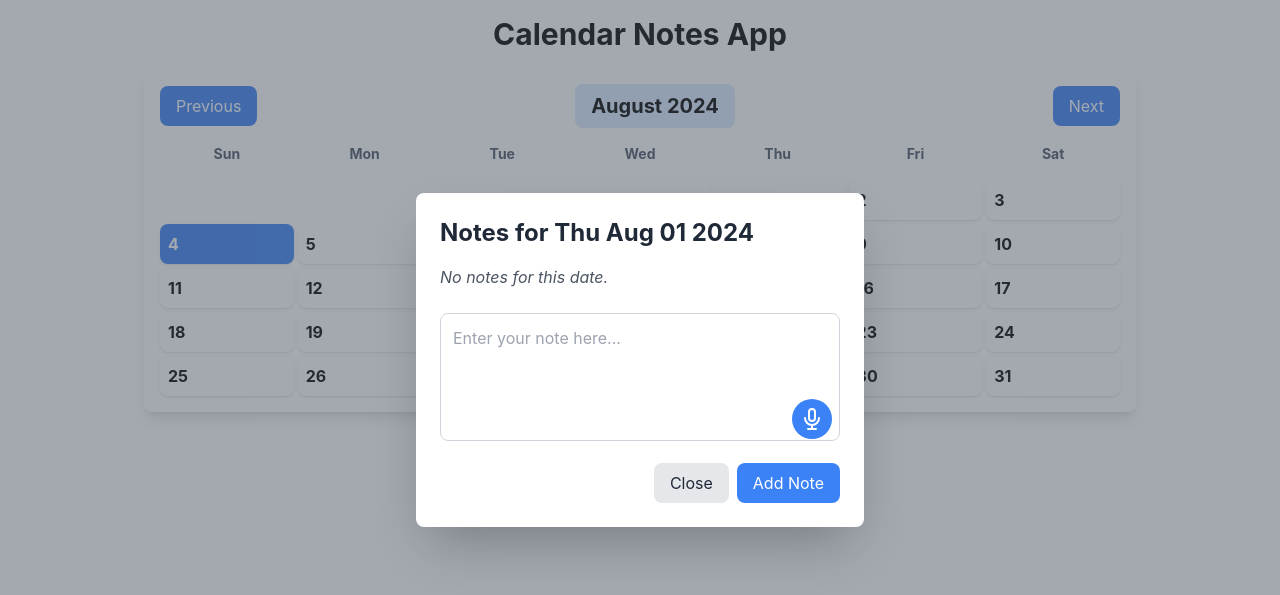
Repository: boogerjosh/Calendar-Notes-App
Page: /, after clicking the first element matching `div.cursor-pointer`
An editor plug-in stored every save of this project. The page is shown before and after the next save, followed by the edit.
The browser window is 1280 px wide. The pictures show the whole page.
The project was rebuilt for these pictures with package versions that can differ from the ones it lists, and the page was loaded fresh each time.

Above is the page before, as saved 2024-08-04 10:41:55.

### src/App.tsx
import React, { useState } from 'react';
import Calendar from './components/Calendar';
import NoteModal from './components/NoteModal';

interface Note {
  id: string;
  date: Date;
  content: string;
}

const App: React.FC = () => {
  const [selectedDate, setSelectedDate] = useState<Date | null>(null);
  const [notes, setNotes] = useState<Note[]>([]);
  const [isModalOpen, setIsModalOpen] = useState(false);

  const handleDateClick = (date: Date) => {
    setSelectedDate(date);
    setIsModalOpen(true);
  };

  const handleAddNote = (content: string) => {
    if (selectedDate) {
      const newNote: Note = {
        id: Date.now().toString(),
        date: selectedDate,
        content
      };
      setNotes([...notes, newNote]);
      setIsModalOpen(false);
    }
  };

  const getNotesForDate = (date: Date) => {
    return notes.filter(note => note.date.toDateString() === date.toDateString());
  };

  return (
    <div className="container mx-auto p-4 max-w-screen-lg">
      <h1 className="text-2xl md:text-3xl font-bold mb-4 text-center">Calendar Notes App</h1>
      <Calendar onDateClick={handleDateClick} notes={notes} />
      {isModalOpen && selectedDate && (
        <NoteModal
          date={selectedDate}
          notes={getNotesForDate(selectedDate)}
          onClose={() => setIsModalOpen(false)}
          onAddNote={handleAddNote}
        />
      )}
    </div>
  );
};

export default App;

### src/components/Calendar.tsx
import React, { useState } from 'react';
import { motion, AnimatePresence } from 'framer-motion';

interface Note {
  id: string;
  date: Date;
  content: string;
}

interface CalendarProps {
  onDateClick: (date: Date) => void;
  notes: Note[];
}

const Calendar: React.FC<CalendarProps> = ({ onDateClick, notes }) => {
  const [currentDate, setCurrentDate] = useState(new Date());
  const [isMonthSelectorVisible, setIsMonthSelectorVisible] = useState(false);
  const monthNames = ["January", "February", "March", "April", "May", "June", "July", "August", "September", "October", "November", "December"];

  const getDaysInMonth = (year: number, month: number) => {
    return new Date(year, month + 1, 0).getDate();
  };

  const getFirstDayOfMonth = (year: number, month: number) => {
    return new Date(year, month, 1).getDay();
  };

  const renderCalendarDays = () => {
    const year = currentDate.getFullYear();
    const month = currentDate.getMonth();
    const daysInMonth = getDaysInMonth(year, month);
    const firstDayOfMonth = getFirstDayOfMonth(year, month);

    const days = [];

    // Add empty cells for days before the first day of the month
    for (let i = 0; i < firstDayOfMonth; i++) {
      days.push(<div key={`empty-${i}`} className="p-1 md:p-2"></div>);
    }

    // Add cells for each day of the month
    for (let i = 1; i <= daysInMonth; i++) {
      const date = new Date(year, month, i);
      const notesForDate = notes.filter(note => note.date.toDateString() === date.toDateString());
      const noteCount = notesForDate.length;
      const isToday = date.toDateString() === new Date().toDateString();

      days.push(
        <motion.div
          key={i}
          whileHover={{ scale: 1.05 }}
          whileTap={{ scale: 0.95 }}
          className={`p-1 md:p-2 rounded-lg cursor-pointer ${isToday ? 'bg-blue-500 text-white' : noteCount > 0 ? 'bg-blue-100' : 'bg-white hover:bg-gray-100'
            } transition-colors duration-200 shadow`}
          onClick={() => onDateClick(date)}
        >
          <span className={`font-bold text-sm md:text-base ${isToday ? 'text-white' : ''}`}>{i}</span>
          {noteCount > 0 && (
            <div className="w-4 h-4 md:w-5 md:h-5 bg-blue-500 rounded-full ml-1 inline-flex items-center justify-center text-white text-xs">
              {noteCount}
            </div>
          )}
        </motion.div>
      );
    }

    return days;
  };

  const navigateMonth = (direction: 'prev' | 'next') => {
    setCurrentDate(prevDate => {
      const newDate = new Date(prevDate);
      if (direction === 'prev') {
        newDate.setMonth(prevDate.getMonth() - 1);
      } else {
        newDate.setMonth(prevDate.getMonth() + 1);
      }
      return newDate;
    });
  };

  const handleMonthClick = () => {
    setIsMonthSelectorVisible(!isMonthSelectorVisible);
  };

  const handleMonthSelect = (monthIndex: number) => {
    setCurrentDate(new Date(currentDate.getFullYear(), monthIndex, 1));
    setIsMonthSelectorVisible(false);
  };

  const renderMonthSelector = () => {
    return (
      <motion.div
        initial={{ opacity: 0, y: -10 }}
        animate={{ opacity: 1, y: 0 }}
        exit={{ opacity: 0, y: -10 }}
        className="absolute top-full left-0 right-0 bg-white border shadow-lg rounded-lg p-2 grid grid-cols-1 gap-2 z-10"
      >
        {monthNames.map((month, index) => (
          <motion.button
            key={month}
            whileHover={{ scale: 1.05 }}
            whileTap={{ scale: 0.95 }}
            onClick={() => handleMonthSelect(index)}
            className="px-2 py-1 text-sm hover:bg-blue-100 rounded transition-colors duration-200"
          >
            {month}
          </motion.button>
        ))}
      </motion.div>
    );
  };

  return (
    <div className="bg-white rounded-lg shadow-lg p-4">
      <div className="flex justify-between items-center mb-4">
        <motion.button
          whileHover={{ scale: 1.05 }}
          whileTap={{ scale: 0.95 }}
          onClick={() => navigateMonth('prev')}
          className="px-2 py-1 md:px-4 md:py-2 bg-blue-500 text-white rounded-lg text-sm md:text-base hover:bg-blue-600 transition-colors duration-200"
        >
          Previous
        </motion.button>
        <div className="relative">
          <motion.button
            whileHover={{ scale: 1.05 }}
            whileTap={{ scale: 0.95 }}
            onClick={handleMonthClick}
            className="text-lg md:text-xl font-bold px-2 py-1 md:px-4 md:py-2 bg-blue-100 rounded-lg hover:bg-blue-200 transition-colors duration-200"
          >
            {monthNames[currentDate.getMonth()]} {currentDate.getFullYear()}
          </motion.button>
          <AnimatePresence>
            {isMonthSelectorVisible && renderMonthSelector()}
          </AnimatePresence>
        </div>
        <motion.button
          whileHover={{ scale: 1.05 }}
          whileTap={{ scale: 0.95 }}
          onClick={() => navigateMonth('next')}
          className="px-2 py-1 md:px-4 md:py-2 bg-blue-500 text-white rounded-lg text-sm md:text-base hover:bg-blue-600 transition-colors duration-200"
        >
          Next
        </motion.button>
      </div>
      <div className="grid grid-cols-7 gap-1 mb-2 md:mb-4">
        {['Sun', 'Mon', 'Tue', 'Wed', 'Thu', 'Fri', 'Sat'].map(day => (
          <div key={day} className="font-bold text-center text-xs md:text-sm text-gray-600">{day}</div>
        ))}
      </div>
      <motion.div
        initial={{ opacity: 0 }}
        animate={{ opacity: 1 }}
        exit={{ opacity: 0 }}
        className="grid grid-cols-7 gap-1"
      >
        {renderCalendarDays()}
      </motion.div>
    </div>
  );
};

export default Calendar;

### src/components/NoteModal.tsx
import React, { useState, useEffect, useRef } from 'react';
import { motion, AnimatePresence } from 'framer-motion';

interface Note {
  id: string;
  date: Date;
  content: string;
}

interface NoteModalProps {
  date: Date;
  notes: Note[];
  onClose: () => void;
  onAddNote: (content: string) => void;
}

const NoteModal: React.FC<NoteModalProps> = ({ date, notes, onClose, onAddNote }) => {
  const [noteContent, setNoteContent] = useState('');
  const [activeNoteId, setActiveNoteId] = useState<string | null>(null);
  const [isListening, setIsListening] = useState(false);
  const recognitionRef = useRef<SpeechRecognition | null>(null);

  useEffect(() => {
    const handleEscape = (event: KeyboardEvent) => {
      if (event.key === 'Escape') {
        onClose();
      }
    };
    window.addEventListener('keydown', handleEscape);

    // Initialize speech recognition
    if ('SpeechRecognition' in window || 'webkitSpeechRecognition' in window) {
      const SpeechRecognition = window.SpeechRecognition || window.webkitSpeechRecognition;
      recognitionRef.current = new SpeechRecognition();
      recognitionRef.current.continuous = true;
      recognitionRef.current.interimResults = true;

      recognitionRef.current.onresult = (event: SpeechRecognitionEvent) => {
        const transcript = Array.from(event.results)
          .map(result => result[0].transcript).join('');
        setNoteContent(prevContent => prevContent + ' ' + transcript);
      };

      recognitionRef.current.onerror = (event: SpeechRecognitionErrorEvent) => {
        console.error('Speech recognition error', event.error);
        setIsListening(false);
      };
    }

    return () => {
      window.removeEventListener('keydown', handleEscape);
      if (recognitionRef.current) {
        recognitionRef.current.stop();
      }
    };
  }, [onClose]);

  const handleSubmit = (e: React.FormEvent) => {
    e.preventDefault();
    if (noteContent.trim()) {
      onAddNote(noteContent);
      setNoteContent('');
    }
  };

  const handleNoteClick = (noteId: string) => {
    setActiveNoteId(activeNoteId === noteId ? null : noteId);
  };

  const toggleListening = () => {
    if (isListening) {
      recognitionRef.current?.stop();
    } else {
      recognitionRef.current?.start();
    }
    setIsListening(!isListening);
  };

  return (
    <AnimatePresence>
      <motion.div
        initial={{ opacity: 0 }}
        animate={{ opacity: 1 }}
        exit={{ opacity: 0 }}
        className="fixed inset-0 bg-gray-600 bg-opacity-50 flex justify-center items-center p-4 z-50"
        onClick={onClose}
      >
        <motion.div
          initial={{ scale: 0.9, opacity: 0 }}
          animate={{ scale: 1, opacity: 1 }}
          exit={{ scale: 0.9, opacity: 0 }}
          transition={{ type: 'spring', damping: 20, stiffness: 300 }}
          className="bg-white p-6 rounded-lg w-full max-w-md shadow-2xl"
          onClick={(e) => e.stopPropagation()}
        >
          <h2 className="text-2xl font-bold mb-4 text-gray-800">
            Notes for {date.toDateString()}
          </h2>
          <div className="mb-6 max-h-48 overflow-y-auto">
            <AnimatePresence>
              {notes.length > 0 ? (
                notes.map((note) => (
                  <motion.div
                    key={note.id}
                    initial={{ opacity: 0, y: -10 }}
                    animate={{ opacity: 1, y: 0 }}
                    exit={{ opacity: 0, y: -10 }}
                    className={`bg-gray-100 p-3 mb-2 rounded-lg cursor-pointer transition-colors duration-200 ${activeNoteId === note.id ? 'bg-blue-100' : 'hover:bg-gray-200'
                      }`}
                    onClick={() => handleNoteClick(note.id)}
                  >
                    <p className="text-sm text-gray-800 break-words">
                      {activeNoteId === note.id ? note.content : note.content.slice(0, 50) + (note.content.length > 50 ? '...' : '')}
                    </p>
                  </motion.div>
                ))
              ) : (
                <p className="text-gray-600 italic">No notes for this date.</p>
              )}
            </AnimatePresence>
          </div>
          <form onSubmit={handleSubmit} className="space-y-4">
            <div className="relative">
              <textarea
                className="w-full h-32 p-3 pr-12 border border-gray-300 rounded-lg focus:ring-2 focus:ring-blue-500 focus:border-transparent resize-none"
                value={noteContent}
                onChange={(e) => setNoteContent(e.target.value)}
                placeholder="Enter your note here..."
              />
              <motion.button
                whileHover={{ scale: 1.1 }}
                whileTap={{ scale: 0.9 }}
                type="button"
                onClick={toggleListening}
                className={`absolute right-2 bottom-2 p-2 rounded-full ${isListening ? 'bg-red-500' : 'bg-blue-500'
                  } text-white`}
              >
                <svg xmlns="http://www.w3.org/2000/svg" className="h-6 w-6" fill="none" viewBox="0 0 24 24" stroke="currentColor">
                  <path strokeLinecap="round" strokeLinejoin="round" strokeWidth={2} d="M19 11a7 7 0 01-7 7m0 0a7 7 0 01-7-7m7 7v4m0 0H8m4 0h4m-4-8a3 3 0 01-3-3V5a3 3 0 116 0v6a3 3 0 01-3 3z" />
                </svg>
              </motion.button>
            </div>
            <div className="flex justify-end space-x-2">
              <button
                type="button"
                className="px-4 py-2 bg-gray-200 text-gray-800 rounded-lg hover:bg-gray-300 transition-colors duration-200"
                onClick={onClose}
              >
                Close
              </button>
              <button
                type="submit"
                className="px-4 py-2 bg-blue-500 text-white rounded-lg hover:bg-blue-600 transition-colors duration-200"
              >
                Add Note
              </button>
            </div>
          </form>
        </motion.div>
      </motion.div>
    </AnimatePresence>
  );
};

export default NoteModal;

Loaded but not shown: public/index.html (common file); src/index.tsx (common file); src/index.css (common file); src/reportWebVitals.ts (common file); tailwind.config.js (common file)

After the next save:
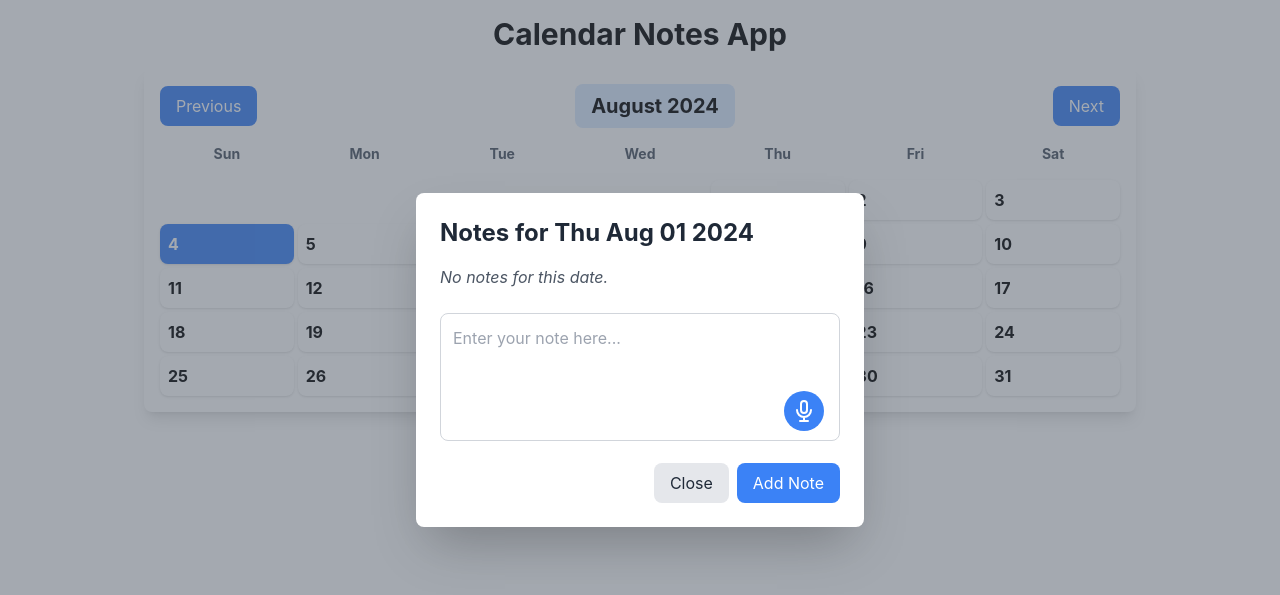
Saved 114 s later.
--- a/src/components/NoteModal.tsx
+++ b/src/components/NoteModal.tsx
@@ -132,7 +132,7 @@ const NoteModal: React.FC<NoteModalProps> = ({ date, notes, onClose, onAddNote }
                 whileTap={{ scale: 0.9 }}
                 type="button"
                 onClick={toggleListening}
-                className={`absolute right-2 bottom-2 p-2 rounded-full ${isListening ? 'bg-red-500' : 'bg-blue-500'
+                className={`absolute right-4 bottom-4 p-2 rounded-full ${isListening ? 'bg-red-500' : 'bg-blue-500'
                   } text-white`}
               >
                 <svg xmlns="http://www.w3.org/2000/svg" className="h-6 w-6" fill="none" viewBox="0 0 24 24" stroke="currentColor">
